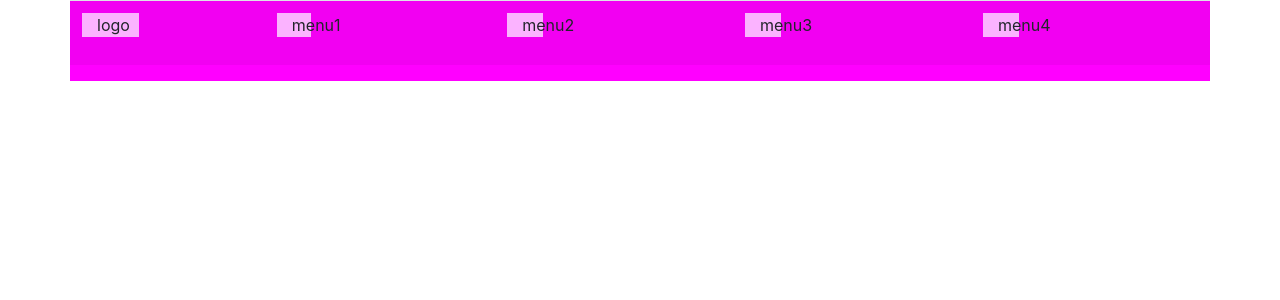
Repository: HayatoTakaha/bookers2-debug
Page: bootstrap_practice/index.html
The author's editor kept a record of every edit. The page is drawn from the files as they stood at one moment, then again after the next edit.
The browser window is 1280 px wide. The pictures show the whole page.

Above is the page before.

### bootstrap_practice/index.html
<!DOCTYPE html>
<html lang="ja">
  <head>
    <meta charset="utf8" />
    <title>23章演習</title>
    <link rel="stylesheet" href="https://cdn.jsdelivr.net/npm/bootstrap@4.6.2/dist/css/bootstrap.min.css"
    integrity="sha384-xOolHFLEh07PJGoPkLv1IbcEPTNtaed2xpHsD9ESMhqIYd0nLMwNLD69Npy4HI+N" crossorigin="anonymous">
    <link rel="stylesheet" href="style.css" />
  </head>

  <body>

   <div class="container">
       <div class="row" style="background-color: #ff00ff;" >
        <table class="table table-striped">
        <td>
         <div class="col-lg-4" style="background-color: #fbb3ff ;">
         <p>logo</p>
         </div>
        </td>
        <td>
        <div class="col-lg-2" style="background-color: #fbb3ff ;">
          <p>menu1</p>
        </div>
        </td>
        <td>
        <div class="col-lg-2" style="background-color: #fbb3ff ;">
          <p>menu2</p>
        </div>
        </td>
        <td>
        <div class="col-lg-2" style="background-color: #fbb3ff ;">
          <p>menu3</p>
        </div>
        </td>
        <td>
        <div class="col-lg-2" style="background-color: #fbb3ff ;">
          <p>menu4</p>
        </div>
        </td>
      </table>
     </div>
     </div>
  </body>

</html>

### bootstrap_practice/style.css
* {
  margin: 0;
  padding: 0;
  box-sizing: border-box;
}

.selector-for-some-widget {
  box-sizing: content-box;
}

After the next edit:
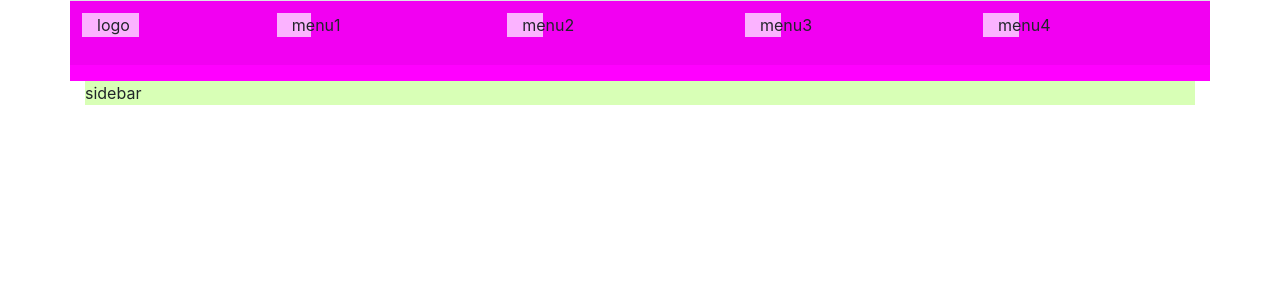
The edit:
--- a/bootstrap_practice/index.html
+++ b/bootstrap_practice/index.html
@@ -41,6 +41,12 @@
       </table>
      </div>
      </div>
+
+      <div class="container">
+         <div class="row-lg-3" style="background-color: #d8ffb6;" >
+           <p>sidebar</p>
+         </div>
+      </div>
   </body>
 
 </html>
